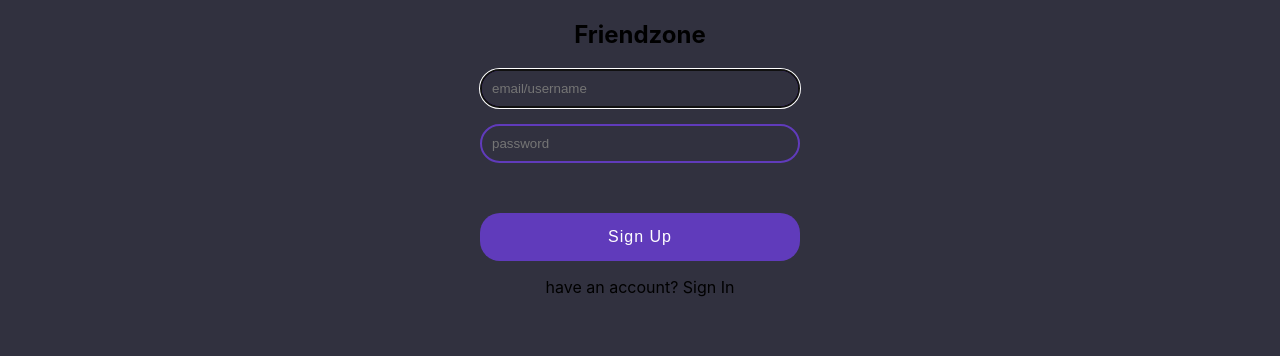
Repository: DerickT02/friend-zone
Page: /
These files come from the project's save history. The page is drawn as it stood at one moment and after the next save; the edit follows.
The browser window is 1280 px wide. The pictures show the whole page.
The project was rebuilt for these pictures with package versions that can differ from the ones it lists, and the page was loaded fresh each time. Also part of the build but not shown: src/Appreducer.js, src/GlobalState.js, src/Post.js, src/Homepage.js, src/fire.js.

Above is the page before, as saved 2021-07-07 07:51:36.

### src/index.js
import React from 'react';
import ReactDOM from 'react-dom';
import './index.css';
import App from './App';


ReactDOM.render(

    <App />,
  document.getElementById('root')
);

// If you want to start measuring performance in your app, pass a function
// to log results (for example: reportWebVitals(console.log))
// or send to an analytics endpoint. Learn more: https://bit.ly/CRA-vitals

### src/index.css
body {
  margin: 0;
  font-family: -apple-system, BlinkMacSystemFont, 'Segoe UI', 'Roboto', 'Oxygen',
    'Ubuntu', 'Cantarell', 'Fira Sans', 'Droid Sans', 'Helvetica Neue',
    sans-serif;
  -webkit-font-smoothing: antialiased;
  -moz-osx-font-smoothing: grayscale;
  background-color: rgb(49, 49, 63);

}

code {
  font-family: source-code-pro, Menlo, Monaco, Consolas, 'Courier New',
    monospace;
}

### src/App.js
import React, { Component, useState, useEffect } from 'react'
import { BrowserRouter, Switch, Link, Route, Redirect, Router} from 'react-router-dom'
import Login from './Login'
import Homepage from './Homepage'
import './App.css'

import fire from './fire'
import GlobalProvider from './GlobalState'

function App() {
  const [user, setUser] = useState('')
  const [email, setEmail] = useState('')
  const [password, setPassword] = useState('')
  const [emailError, setEmailError] = useState('')
  const [passwordError, setPasswordError] = useState('')
  const [hasAccount, setHasAccount] = useState(false)

const clearInputs = () => {
  setEmail('')
  setPassword('')
}

const clearErrors = () => {
  setEmailError('');
  setPasswordError('')
}

const handleLogin = () => {
  clearErrors()
  fire
  .auth()
  .signInWithEmailAndPassword(email, password)
  .catch(err => {
      switch(err.code){
          case 'auth/invalid-email':
          case 'auth/user-disabled':
          case 'auth/user-not-found':
              setEmailError(err.message)
              break;
          case 'auth/wrong-password':
              setPasswordError(err.message)
              break
      }
  })
}

const handleSignup = () => {
  clearErrors()
  fire
  .auth()
  .createUserWithEmailAndPassword(email, password)
  .catch(err => {
      switch(err.code){
          case 'auth/email-already-in-use':
          case 'auth/invalid-email':
          setEmailError(err.message);
          break;

          case 'auth/weak-password':
          setPasswordError(err.message)
      }
  })
}

const handleLogout = () => {
  fire
  .auth()
  .signOut()
}

const authListener = () => {
  fire.auth().onAuthStateChanged((user) => {
    if(user){
      clearInputs()
      setUser(user)
    }
    else {
        setUser('')
    }
  })
}

useEffect(() => {
  authListener()
}, [])

  return (
    <div className="App">
    {user ? (
      <BrowserRouter>
      <GlobalProvider>
      <Switch>
        <Route exact path = '/'><Redirect to = "/homepage"/></Route>
        <Route exact path = '/homepage'><Homepage handleLogout = {handleLogout}/></Route>
      </Switch>
      </GlobalProvider>
     </BrowserRouter>
    ) : (

      <BrowserRouter>
      <Switch>
      <Route exact path = '/homepage'><Redirect to = "/" /></Route>
        <Route><Login email = {email}
            setEmail = {setEmail}
            password = {password}
            setPassword={setPassword}
            handleLogin={handleLogin}
            handleSignup={handleSignup}
            hasAccount={hasAccount}
            setHasAccount={setHasAccount}
            emailError={emailError}
            passwordError={passwordError} /></Route>
      </Switch>
      </BrowserRouter>
    )}

    </div>
  );
}

export default App;

### src/Login.js
import React, { Component, useState, useEffect } from 'react'
import './Login.css'
import {Link} from 'react-router-dom'

const Login = (props) => {
    const {email, setEmail, password, setPassword, handleLogin, handleSignup, hasAccount, setHasAccount, emailError, passwordError} = props
    return (
        <section className = "login">
        <div className="loginContainer" >

<h1>Friendzone</h1>


<input placeholder = 'email/username' type ="text" autoFocus required value = {email} onChange={(e) => setEmail(e.target.value)}/>
<p className ="errorMsg">{emailError}</p>

<input placeholder = 'password' type ="password" required value = {password} onChange={(e) => setPassword(e.target.value)} />
<p className = "errorMsg">{passwordError}</p>
<div className="btnContainer">

    {hasAccount ? (
        <div>
       <button type = "submit" onClick = {handleLogin}>Sign in</button>
        <p>Don't have an account? <span onClick ={() => setHasAccount(!hasAccount)}>Sign Up</span></p>
        </div>
    ):(
        <div>
        <button type = "submit" onClick={handleSignup}>Sign Up</button>
        <p>have an account? <span onClick = {() => setHasAccount(!hasAccount)}>Sign In</span></p>
        </div>
    )}

</div>
</div>
</section>





    )
}


export default Login

### src/Login.css
* {
  box-sizing: border-box;
}


.login .loginContainer {


}

.login .loginContainer input {
  border: 2px solid #603bbb;
  width: 25%;
  padding: 10px;
  background-color: rgb(49, 49, 63);
  border-radius: 20px;
  color: white;
}




.btnContainer {
  margin-top: 50px;
}


.btnContainer button {
  border: none;
  border-radius: 20px;
  outline: none;
  width: 25%;
  padding: 15px 0;
  color: #fff;
  font-size: 16px;
  letter-spacing: 1px;
  background: #603bbb;
  cursor: pointer;
}

Loaded but not shown: public/index.html (common file); src/App.css (common file)

After the next save:
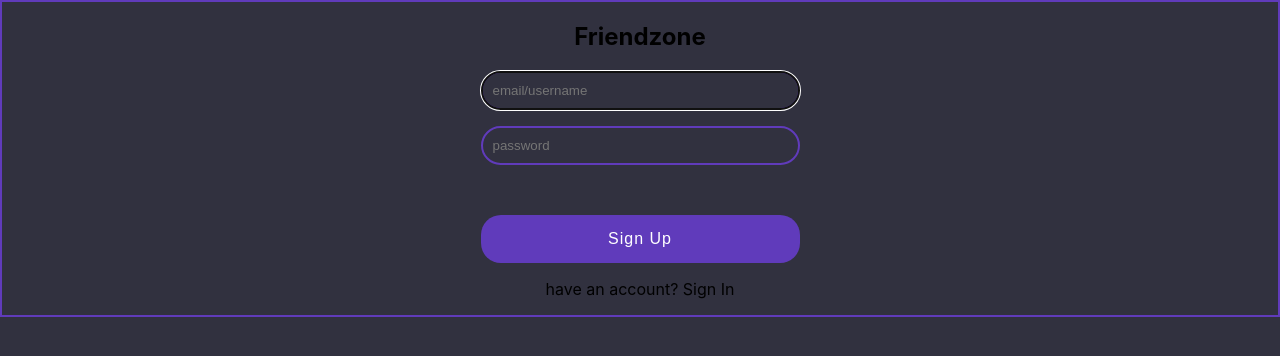
Saved 23 s later.
--- a/src/Login.css
+++ b/src/Login.css
@@ -5,7 +5,7 @@
 
 .login .loginContainer {
 
-
+  border: 2px solid #603bbb;
 }
 
 .login .loginContainer input {
